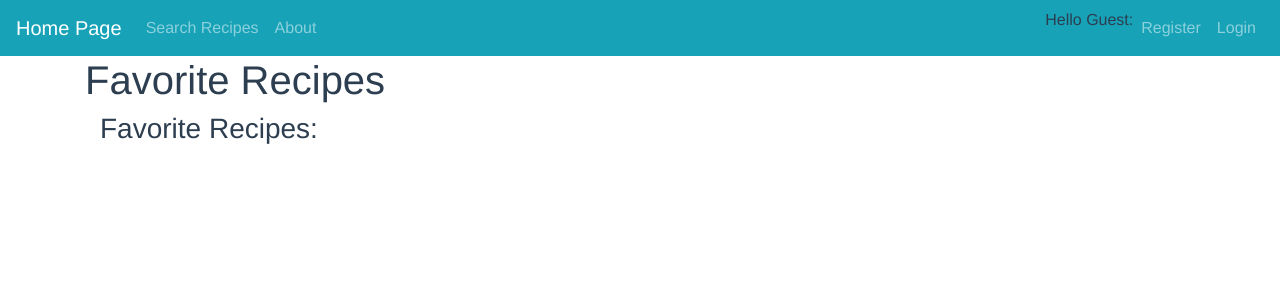
Repository: chenshor/cooking-site
Page: /#/favorite
The author's editor kept a copy of each file at every save. The page is drawn from the files as they stood at one save, then again after the next save.
The browser window is 1280 px wide. The pictures show the whole page.
The page's requests for data from a server got no answer. The project was rebuilt for these pictures with package versions that can differ from the ones it lists, and the page was loaded fresh each time. No one was signed in, and anything a server would have sent is missing. Also part of the build but not shown: vue.config.js, src/components/Indication.vue, src/components/RecipePreview.vue, src/components/RecipePreviewList.vue, src/components/LastSeen.vue, src/pages/MainPage.vue, src/pages/NotFoundPage.vue, src/components/IngredientSpoon.vue and 10 more.

Above is the page before, as saved 2020-06-22 22:01:52.

### index.html
<!DOCTYPE html>
<html lang="en">
  <head>
    <meta charset="utf-8" />
    <meta http-equiv="X-UA-Compatible" content="IE=edge" />
    <meta
      name="viewport"
      content="width=device-width,initial-scale=1.0,shrink-to-fit=no"
    />
    <link rel="icon" href="<%= BASE_URL %>favicon.ico" />
    <title><%= htmlWebpackPlugin.options.title %></title>
  </head>
  <body>
    <noscript>
      <strong
        >We're sorry but <%= htmlWebpackPlugin.options.title %> doesn't work
        properly without JavaScript enabled. Please enable it to
        continue.</strong
      >
    </noscript>
    <div id="app"></div>
    <!-- built files will be auto injected -->
  </body>
</html>

### src/main.js
import Vue from "vue";
import App from "./App.vue";
import VueAxios from "vue-axios";
import axios from "axios";

import routes from "./routes";
import VueRouter from "vue-router";
Vue.use(VueRouter);
const router = new VueRouter({
  routes,
});

import Vuelidate from "vuelidate";
import "bootstrap/dist/css/bootstrap.css";
import "bootstrap-vue/dist/bootstrap-vue.css";
import {
  FormGroupPlugin,
  FormPlugin,
  FormInputPlugin,
  ButtonPlugin,
  CardPlugin,
  NavbarPlugin,
  FormSelectPlugin,
  AlertPlugin,
  ToastPlugin,
  LayoutPlugin,
  ImagePlugin,
  TabsPlugin,
  FormCheckboxPlugin,
  FormRadioPlugin,
  FormTagsPlugin,
  IconsPlugin,
} from "bootstrap-vue";
[
  FormGroupPlugin,
  FormPlugin,
  FormInputPlugin,
  ButtonPlugin,
  CardPlugin,
  NavbarPlugin,
  FormSelectPlugin,
  AlertPlugin,
  ToastPlugin,
  LayoutPlugin,
  ImagePlugin,
  TabsPlugin,
  FormCheckboxPlugin,
  FormRadioPlugin,
  FormTagsPlugin,
  IconsPlugin,
].forEach((x) => Vue.use(x));
Vue.use(Vuelidate);
Vue.use(VueAxios, axios);
axios.defaults.withCredentials = true;
axios.interceptors.request.use(
  function(config) {
    // Do something before request is sent
    return config;
  },
  function(error) {
    // Do something with request error
    return Promise.reject(error);
  }
);

// Add a response interceptor
axios.interceptors.response.use(
  function(response) {
    // Do something with response data
    return response;
  },
  function(error) {
    // Do something with response error
    return Promise.reject(error);
  }
);

Vue.use(VueAxios, axios);

Vue.config.productionTip = false;

const shared_data = {
  username: localStorage.username,
  login(username) {
    localStorage.setItem("username", username);
    this.username = username;
    console.log("login", this.username);
  },
  logout() {
    console.log("logout");
    localStorage.removeItem("username");
    this.username = undefined;
  },
};
console.log(shared_data);
// Vue.prototype.$root.store = shared_data;

new Vue({
  router,
  data() {
    return {
      store: shared_data,
    };
  },
  methods: {
    toast(title, content, variant = null, append = false) {
      this.$bvToast.toast(`${content}`, {
        title: `${title}`,
        toaster: "b-toaster-top-center",
        variant: variant,
        solid: true,
        appendToast: append,
        autoHideDelay: 3000,
      });
    },
  },
  render: (h) => h(App),
}).$mount("#app");

### src/App.vue
<template>
  <div id="app">
    <b-navbar toggleable="lg" type="dark" variant="info">
      <b-navbar-brand to="/">Home Page</b-navbar-brand>

      <b-navbar-toggle target="nav-collapse"></b-navbar-toggle>

      <b-collapse id="nav-collapse" is-nav>
        <b-navbar-nav>
          <b-nav-item to="/search">Search Recipes</b-nav-item>
          <b-nav-item to="/about">About</b-nav-item>
        </b-navbar-nav>

        <!-- Right aligned nav items -->
        <b-navbar-nav class="ml-auto">
          <b-navbar-nav v-if="!$root.store.username">
            Hello Guest:
            <b-nav-item to="/register">Register</b-nav-item>
            <b-nav-item to="/login">Login</b-nav-item>
          </b-navbar-nav>
          <b-navbar-nav v-else>
            <b-nav-item v-text="$root.store.username"></b-nav-item>
            <b-button @click="Logout">Logout</b-button>
            <b-nav-item-dropdown text="Personal">
              <b-dropdown-item to="/FamilyList">Family Recipes</b-dropdown-item>
              <b-dropdown-item to="/myRecipes">My Recipes</b-dropdown-item>
              <b-dropdown-item to="/favorite">My Favorite</b-dropdown-item>
            </b-nav-item-dropdown>

            <b-nav-item-dropdown right>
              <!-- Using 'button-content' slot -->
              <template v-slot:button-content>
                <em>User</em>
              </template>
              <b-dropdown-item href="#">Profile</b-dropdown-item>
              <b-dropdown-item href="#">Sign Out</b-dropdown-item>
            </b-nav-item-dropdown>
          </b-navbar-nav>
        </b-navbar-nav>
      </b-collapse>
    </b-navbar>

    <router-view />
  </div>
</template>

<script>
export default {
  name: "App",
  methods: {
    async Logout() {
      this.$root.store.logout();
      const response = await this.axios.post(
        "https://ass3-2.herokuapp.com/logout"
      );
      this.$root.toast("Logout", "User logged out successfully", "success");

      this.$router.push("/").catch(() => {
        this.$forceUpdate();
      });
    }
  }
};
</script>

<style lang="scss">
#app {
  font-family: Avenir, Helvetica, Arial, sans-serif;
  -webkit-font-smoothing: antialiased;
  -moz-osx-font-smoothing: grayscale;
  color: #2c3e50;
  min-height: 100vh;
  width: 100%;
  height: 100%;
}

#nav {
  padding: 30px;
}

#nav a {
  font-weight: bold;
  color: #2c3e50;
}

#nav a.router-link-exact-active {
  color: #42b983;
}
</style>

### src/routes.js
import Main from "./pages/MainPage";
import NotFound from "./pages/NotFoundPage";
import Search from "./pages/SearchPage";
import Recipe from "./pages/RecipePage";
import Register from "./pages/RegisterPage";
import About from "./pages/AboutPage";
import FamilyRecipes from "./pages/FamilyRecipesPage";
import MyRecipesPage from "./pages/MyRecipesPage";

const routes = [
  {
    path: "/",
    name: "main",
    component: Main,
  },
  {
    path: "/login",
    name: "login",
    component: () => import("./pages/LoginPage"),
  },
  {
    path: "*",
    name: "notFound",
    component: NotFound,
  },
  {
    path: "/search",
    name: "search",
    component: () => import("./pages/SearchPage"),
  },
  {
    path: "/recipe/:recipeId",
    name: "recipe",
    component: () => import("./pages/RecipePage"),
  },
  {
    path: "/familyRecipe/:id",
    name: "familyRecipe",
    component: () => import("./pages/FullFamilyRecipePage"),
  },
  {
    path: "/register",
    name: "register",
    component: () => import("./pages/RegisterPage"),
  },
  {
    path: "/about",
    name: "about",
    component: () => import("./pages/AboutPage"),
  },
  {
    path: "/FamilyList",
    name: "FamilyRecipes",
    component: () => import("./pages/FamilyRecipesPage"),
  },
  {
    path: "/myRecipes",
    name: "myRecipes",
    component: () => import("./pages/MyRecipesPage"),
  },
  {
    path: "/favorite",
    name: "favorite",
    component: () => import("./pages/FavoritePage"),
  },
];

export default routes;

### src/pages/SearchPage.vue
<template>
  <b-container class="container">
    <b-row>
      <b-col>
        <h1 class="titleS">Search</h1>
      </b-col>
    </b-row>
    <b-row>
      <b-col>
        <b-form @submit.prevent="searchRecipe">
          <b-form-group label="search" label-for="search">
            <b-form-input id="search" v-model="search" placeholder="Search here.."></b-form-input>
          </b-form-group>

          <b-form-group label="Cuisine">
            <b-form-tags v-model="valueCuisine" size="lg" add-on-change no-outer-focus class="mb-2">
              <template v-slot="{ tags, inputAttrs, inputHandlers, disabled, removeTag }">
                <ul v-if="tags.length > 0" class="list-inline d-inline-block mb-2">
                  <li v-for="tag in tags" :key="tag" class="list-inline-item">
                    <b-form-tag
                      @remove="removeTag(tag)"
                      :title="tag"
                      :disabled="disabled"
                      variant="info"
                    >{{ tag }}</b-form-tag>
                  </li>
                </ul>
                <b-form-select
                  v-bind="inputAttrs"
                  v-on="inputHandlers"
                  :disabled="disabled"
                  :options="cuisine"
                >
                  <template v-slot:first>
                    <option disabled value>Choose a tag...</option>
                  </template>
                </b-form-select>
              </template>
            </b-form-tags>
          </b-form-group>

          <b-form-group label="Diet">
            <b-form-tags v-model="valueDiet" size="lg" add-on-change no-outer-focus class="mb-2">
              <template v-slot="{ tags, inputAttrs, inputHandlers, disabled, removeTag }">
                <ul v-if="tags.length > 0" class="list-inline d-inline-block mb-2">
                  <li v-for="tag in tags" :key="tag" class="list-inline-item">
                    <b-form-tag
                      @remove="removeTag(tag)"
                      :title="tag"
                      :disabled="disabled"
                      variant="info"
                    >{{ tag }}</b-form-tag>
                  </li>
                </ul>
                <b-form-select
                  v-bind="inputAttrs"
                  v-on="inputHandlers"
                  :disabled="disabled"
                  :options="diet"
                >
                  <template v-slot:first>
                    <option disabled value>Choose a tag...</option>
                  </template>
                </b-form-select>
              </template>
            </b-form-tags>
          </b-form-group>
          <b-form-group label="Intolerance">
            <b-form-tags
              v-model="valueIntolerance"
              size="lg"
              add-on-change
              no-outer-focus
              class="mb-2"
            >
              <template v-slot="{ tags, inputAttrs, inputHandlers, disabled, removeTag }">
                <ul v-if="tags.length > 0" class="list-inline d-inline-block mb-2">
                  <li v-for="tag in tags" :key="tag" class="list-inline-item">
                    <b-form-tag
                      @remove="removeTag(tag)"
                      :title="tag"
                      :disabled="disabled"
                      variant="info"
                    >{{ tag }}</b-form-tag>
                  </li>
                </ul>
                <b-form-select
                  v-bind="inputAttrs"
                  v-on="inputHandlers"
                  :disabled="disabled"
                  :options="intolerance"
                >
                  <template v-slot:first>
                    <option disabled value>Choose a tag...</option>
                  </template>
                </b-form-select>
              </template>
            </b-form-tags>
          </b-form-group>

          <b-form-group label="Number of results:">
            <b-form-radio-group
              id="numberSearch"
              v-model="selected"
              :options="options"
              name="numberOfResults"
            ></b-form-radio-group>
          </b-form-group>
          <b-button type="submit" variant="primary" style="width:250px;" class="ml-5 w-75">Search</b-button>
        </b-form>
        <b-row v-if="recipes.length>0">
          <b-form-group label="Sort by:">
            <b-form-radio
              name="some-radios"
              v-on:change="sortArraysLikes"
              value="aggregateLikes"
            >Likes</b-form-radio>
            <b-form-radio
              v-on:change="sortArraysTime"
              name="some-radios"
              value="readyInMinutes"
            >Time</b-form-radio>
          </b-form-group>
        </b-row>
      </b-col>
    </b-row>
    <b-row class="recipesSearch">
      <div v-for="r in recipes" :key="r.id">
        <b-col>
          <RecipePreview class="recipePreview" :recipe="r" />
        </b-col>
      </div>
    </b-row>
    <h3 v-if="!isFound">Recipe not found</h3>
  </b-container>
</template>

<script>
import cuisine from "../assets/cuisine";
import diet from "../assets/diet";
import intolerance from "../assets/intolerance";
import RecipePreview from "../components/RecipePreview";

export default {
  name: "SearchPage",
  components: {
    RecipePreview
  },
  data() {
    return {
      cuisine: [{ value: null, text: "", disabled: true }],
      diet: [{ value: null, text: "", disabled: true }],
      intolerance: [{ value: null, text: "", disabled: true }],
      valueCuisine: [],
      valueDiet: [],
      search: "",
      valueIntolerance: [],
      errors: [],
      isFound: Boolean,

      selected: "5", // Must be an array reference!
      options: [
        { text: "5", value: "5" },
        { text: "10", value: "10" },
        { text: "15", value: "15" }
      ],
      recipes: []
    };
  },
  methods: {
    async searchRecipe() {
      try {
        let query = this.search;
        for (let i in this.valueCuisine) {
          query = query.concat(" " + this.valueCuisine[i]);
        }
        for (let i in this.valueDiet) {
          query = query.concat(" " + this.valueDiet[i]);
        }
        for (let i in this.valueIntolerance) {
          query = query.concat(" " + this.valueIntolerance[i]);
        }

        let number = this.selected;

        const response = await this.axios.get(
          `https://ass3-2.herokuapp.com/recipes/search/query/${query}/amount/${number}`
        );
        this.isFound = true;
        const recipes = response.data.data;
        this.recipes = [];
        this.recipes.push(...recipes);
        sessionStorage.removeItem("recipes");
        sessionStorage.recipes = JSON.stringify(this.recipes);
      } catch (err) {
        this.isFound = false;
      }
    },
    sortArraysTime(event) {
      // this.recipes = orderBy(this.recipes, this.sort, "asc");
      this.recipes.sort((a, b) => {
        return a.readyInMinutes < b.readyInMinutes ? -1 : 1;
      });
    },
    sortArraysLikes(event) {
      // this.recipes = orderBy(this.recipes, this.sort, "asc");
      this.recipes.sort((a, b) => {
        return a.aggregateLikes < b.aggregateLikes ? -1 : 1;
      });
    }
  },

  mounted() {
    this.cuisine.push(...cuisine);
    this.diet.push(...diet);
    this.intolerance.push(...intolerance);
    console.log(this.recipes.length);
    if (sessionStorage.recipes) {
      this.recipes = JSON.parse(sessionStorage.getItem("recipes"));
    }
  }
};
</script>

<style>
.container {
  width: 100%;
}
</style>

### src/pages/FavoritePage.vue
<template>
  <div class="container">
    <h1 class="title">Favorite Recipes</h1>
    <FavoriteRecipesList title="Favorite Recipes" class="favorite Recipes" />
  </div>
</template>

<script>
import FavoriteRecipesList from "../components/FavoriteRecipesList";
export default {
  components: {
    FavoriteRecipesList
  }
};
</script>

<style></style>

### src/assets/cuisine.js
export default[
"African",
"American",
"British",
"Cajun",
"Caribbean",
"Chinese",
"Eastern European",
"European",
"French",
"German",
"Greek",
"Indian",
"Irish",
"Italian",
"Japanese",
"Jewish",
"Korean",
"Latin American",
"Mediterranean",
"Mexican",
"Middle Eastern",
"Nordic",
"Southern",
"Spanish",
"Thai",
"Vietnamese"
];

### src/assets/diet.js
export default[
    "Whole30",
    "Primal",
    "Paleo",
    "Pescetarian",
    "Vegan",
    "Ovo-Vegetarian",
    "Lacto-Vegetarian",
    "Vegetarian",
    "Ketogenic",
    "Gluten Free"

];

### src/assets/intolerance.js
export default[
"Dairy",
"Egg",
"Gluten",
"Grain",
"Peanut",
"Seafood",
"Sesame",
"Shellfish",
"Soy",
"Sulfite",
"Tree Nut",
"Wheat"
];

### src/components/FavoriteRecipesList.vue
<template>
  <b-container>
    <h3>
      {{ title }}:
      <slot></slot>
    </h3>
    <b-row>
      <b-col v-for="r in recipes" :key="r.id">
        <RecipePreview class="familyPreview" :recipe="r" />
      </b-col>
    </b-row>
  </b-container>
</template>

<script>
import RecipePreview from "./RecipePreview";
export default {
  name: "FamilyList",
  components: {
    RecipePreview
  },
  props: {
    title: {
      type: String,
      required: true
    }
  },
  data() {
    return {
      recipes: []
    };
  },
  mounted() {
    this.updateRecipes();
  },
  methods: {
    async updateRecipes() {
      try {
        const response = await this.axios.get(
          "https://ass3-2.herokuapp.com/users/favoriteRecipes"
        );

        console.log(response);
        const recipes = response.data.ids;

        this.recipes = [];
        this.recipes.push(...recipes);
        // console.log(this.recipes);
      } catch (error) {
        console.log(error);
      }
    }
  }
};
</script>

<style lang="scss" scoped>
.container {
  min-height: 400px;
}
.card-img-top {
  width: 100%;
  height: 10vw;
  object-fit: cover;
}
</style>

After the next save:
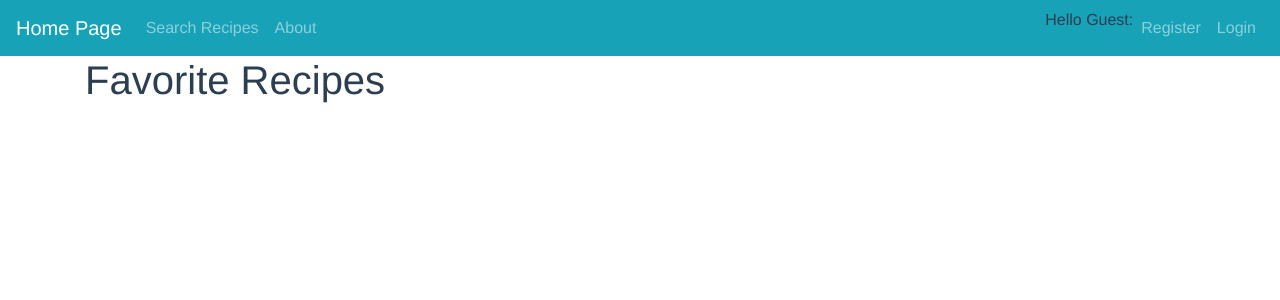
Saved 91 s later.
--- a/src/components/FavoriteRecipesList.vue
+++ b/src/components/FavoriteRecipesList.vue
@@ -1,9 +1,5 @@
 <template>
   <b-container>
-    <h3>
-      {{ title }}:
-      <slot></slot>
-    </h3>
     <b-row>
       <b-col v-for="r in recipes" :key="r.id">
         <RecipePreview class="familyPreview" :recipe="r" />
